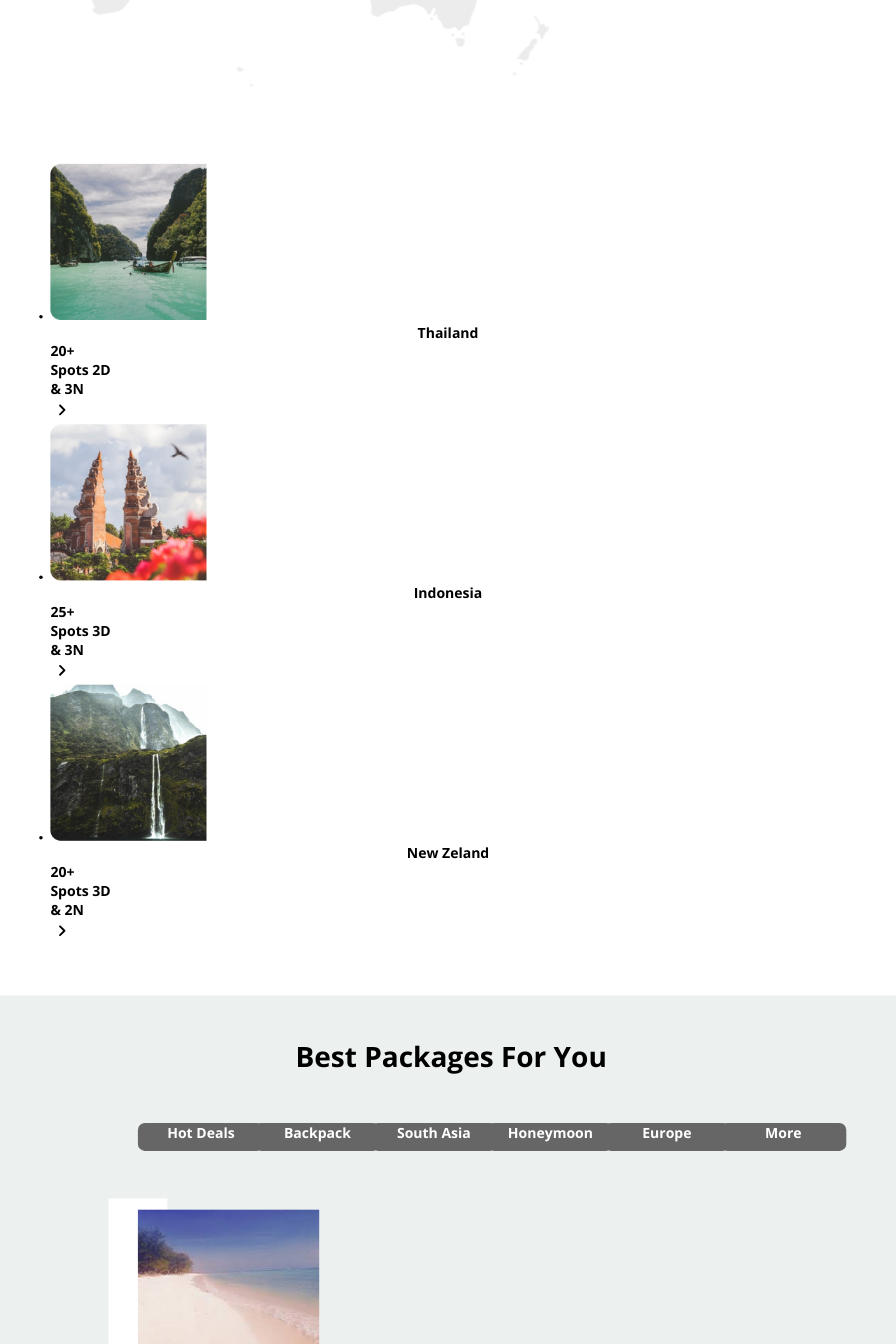
Repository: kubrazamanova/Background-Image
Page: index.html
The author's editor kept a copy of each file at every save. The page is drawn from the files as they stood at one save, then again after the next save.
The browser window is 1280 px wide. The pictures show the part of the page from y = 3283 to 5203 px (the page is 5546 px tall before and 5246 px after), at 70% of full size.

Above is the page before, as saved 2023-10-21 10:31:29.

After the next save:
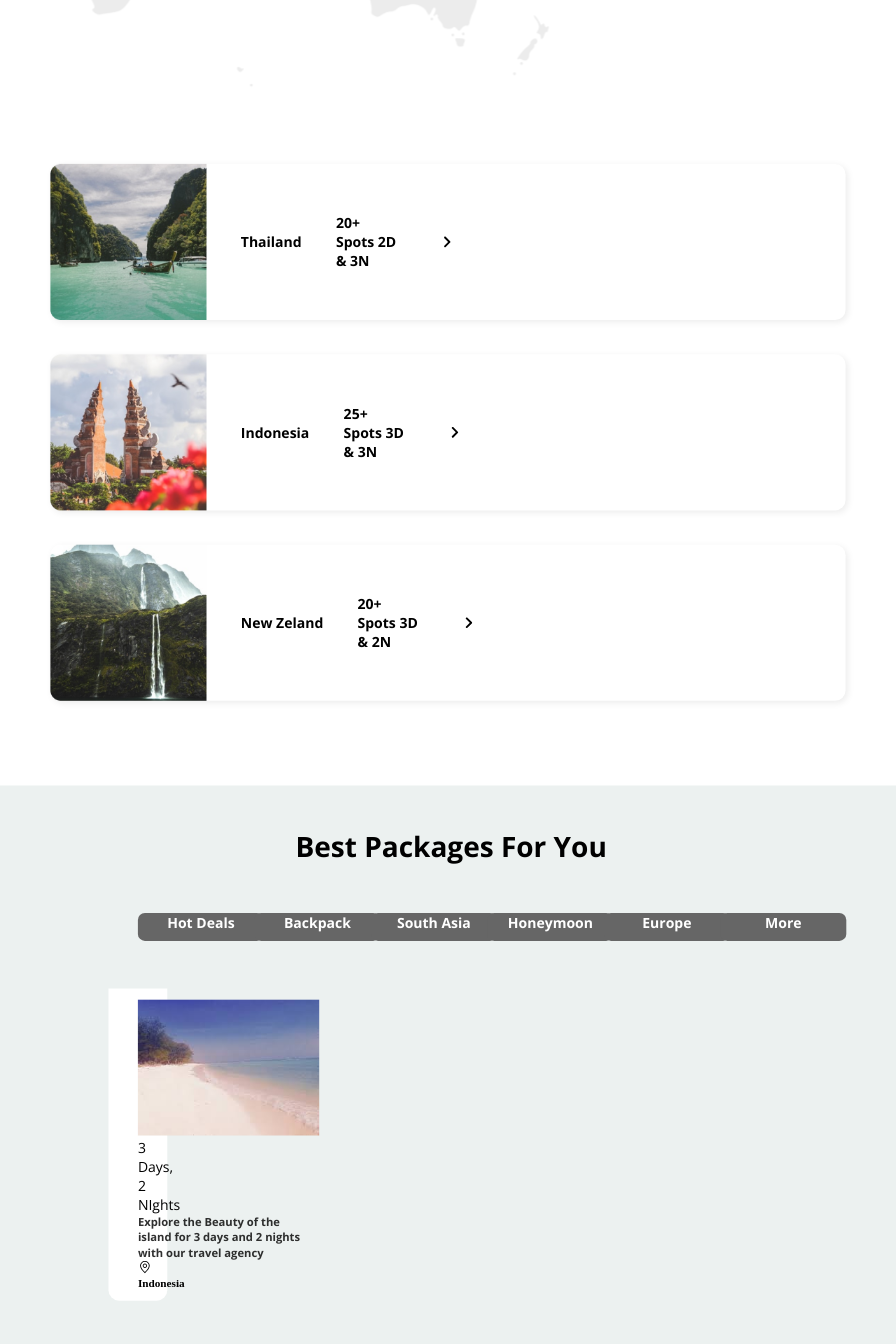
Saved 5 s later.
--- a/index.css
+++ b/index.css
@@ -253,7 +253,9 @@ main {
   /* margin-bottom: 63px; */
   /* margin: auto; */
 }
-.distinations
+.distinations .map-collaj{
+  display: flex;
+}
 #distinations ul li {
   display: flex;
   align-items: center;
